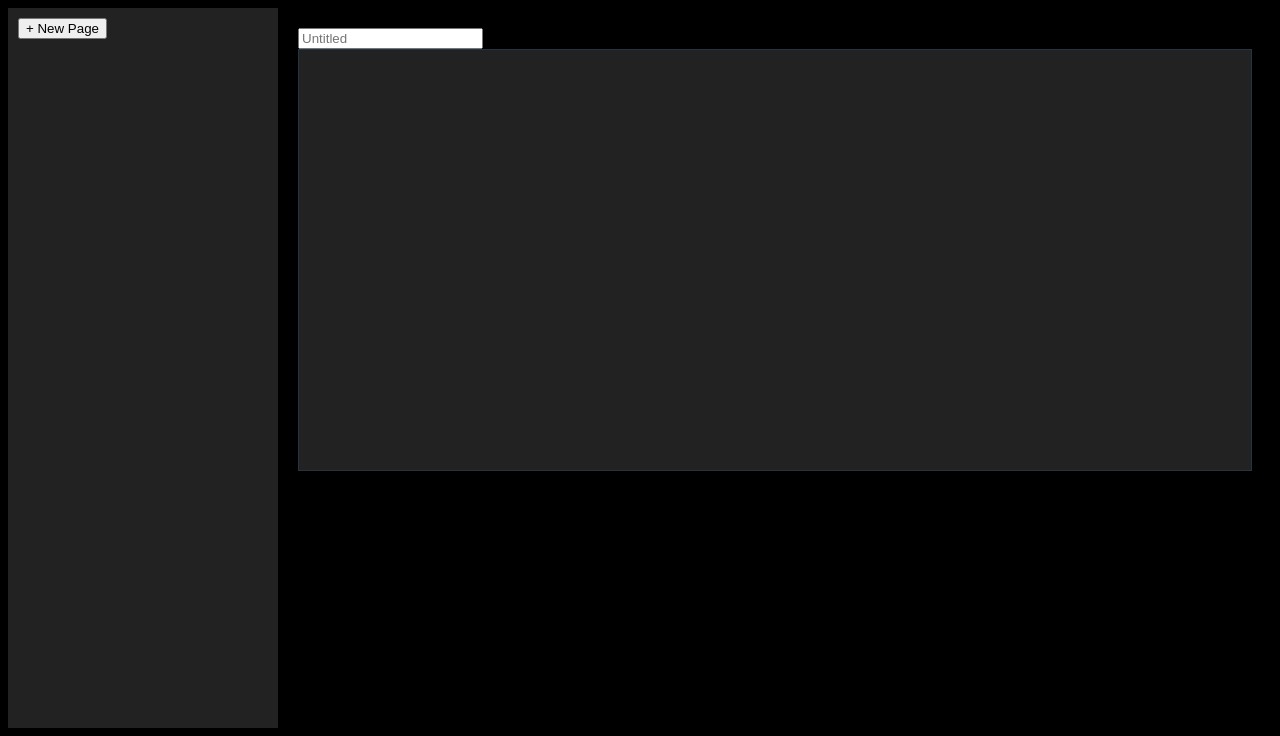
Repository: Dharshinimk-521/notes-app
Page: index.html
An editor plug-in stored every save of this project. The page is shown before and after the next save, followed by the edit.
The browser window is 1280 px wide. The pictures show the whole page.

Above is the page before, as saved 2026-04-18 19:52:08.

After the next save:
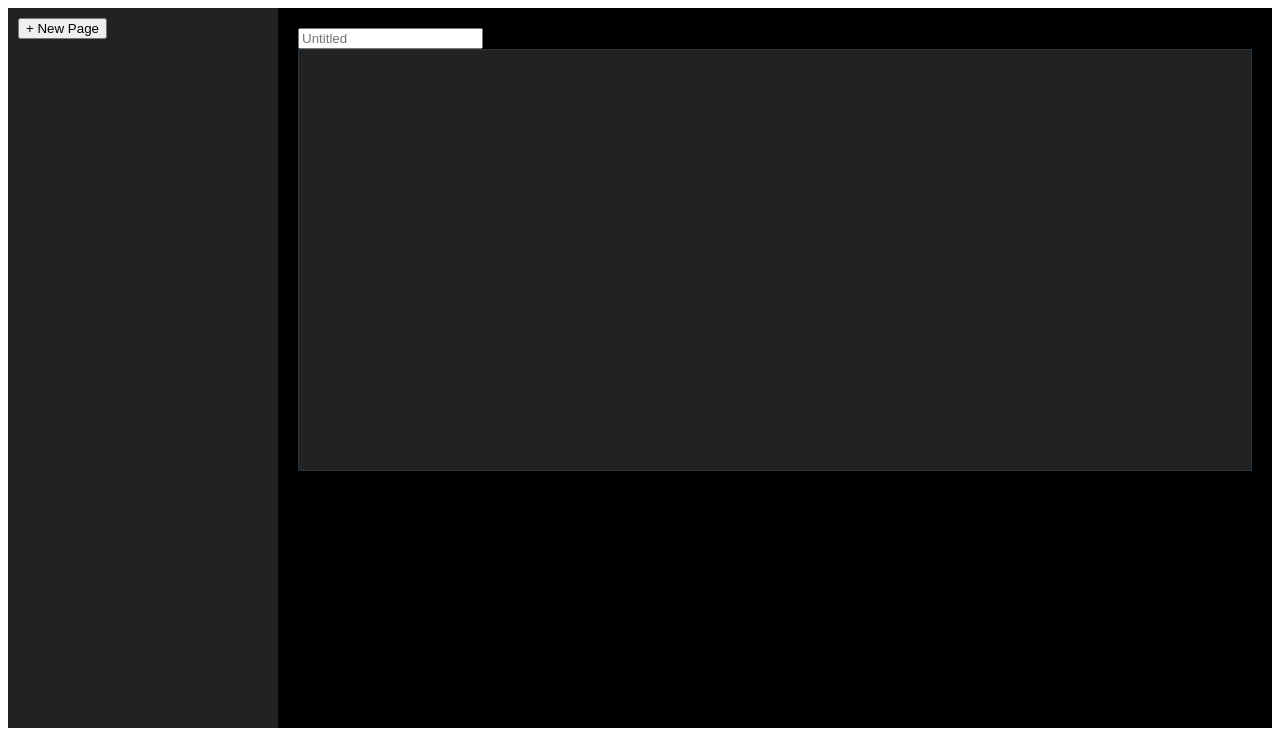
Saved 119 s later.
--- a/style.css
+++ b/style.css
@@ -1,10 +1,8 @@
-body{
-    background-color: black;
-}
 
 .app {
   display: flex;
   height: 100vh;
+  background-color: black;
 }
 
 .sidebar {
